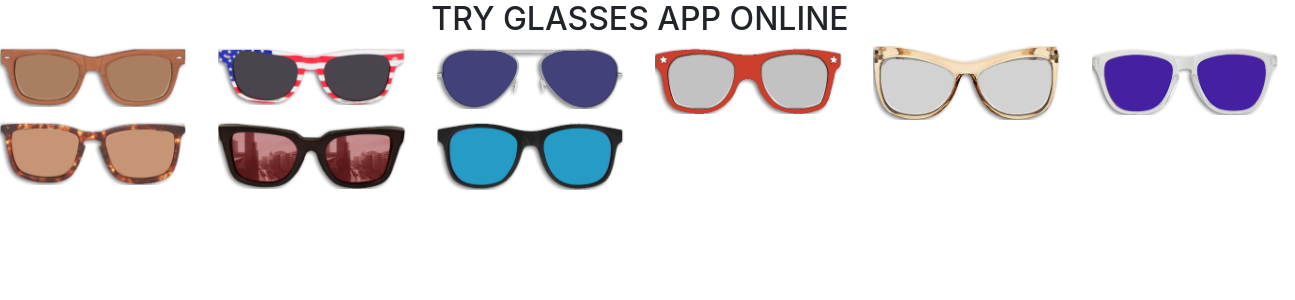
Repository: phongthanhh/ChoseGlass
Page: /
These files come from the project's save history. The page is drawn as it stood at one moment and after the next save; the edit follows.
The browser window is 1280 px wide. The page is 1295 px wide, then 1280 px, so the pictures cover 1295 px, including what lies to the right of the window. The pictures show the whole page.
The project was rebuilt for these pictures with package versions that can differ from the ones it lists, and the page was loaded fresh each time.

Above is the page before, as saved 2022-12-25 15:33:11.

After the next save:
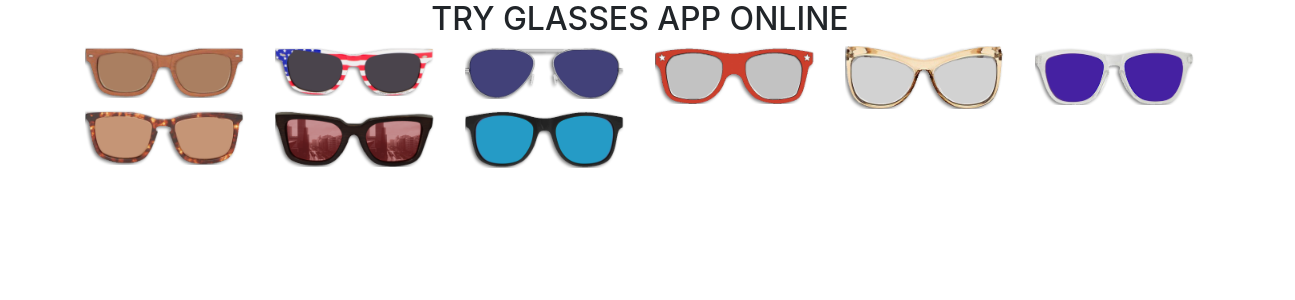
Saved 11 s later.
--- a/src/ChoseGlass/BTGlass.jsx
+++ b/src/ChoseGlass/BTGlass.jsx
@@ -84,7 +84,7 @@
             <div>
                 <section className='main'>
                     <h2>TRY GLASSES APP ONLINE</h2>
-                    <div className="item">
+                    <div className="item container">
                         <div className="row">
                             {this.renderListGlass()}
                         </div>
